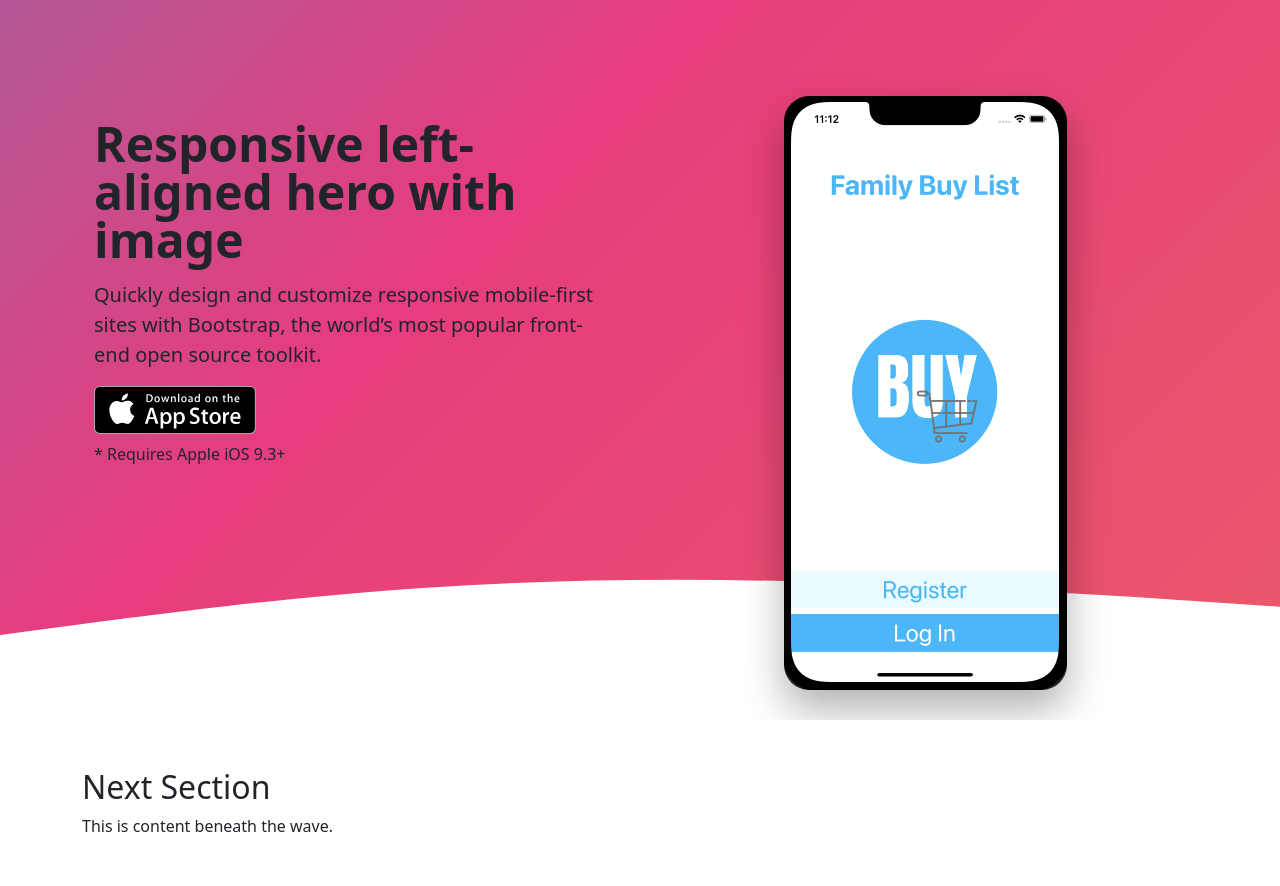
Repository: lyutok/iOS
Page: Billequal_landpage/index.html
An editor plug-in stored every save of this project. The page is shown before and after the next save, followed by the edit.
The browser window is 1280 px wide. The pictures show the whole page.

Above is the page before, as saved 2025-10-16 15:24:53.

### Billequal_landpage/index.html
<!DOCTYPE html>
<html lang="en">
<head>
  <meta charset="UTF-8">
  <meta name="viewport" content="width=device-width, initial-scale=1.0">
  <title>Billequal</title>
  <link href="https://cdn.jsdelivr.net/npm/bootstrap@5.2.3/dist/css/bootstrap.min.css" rel="stylesheet" integrity="sha384-rbsA2VBKQhggwzxH7pPCaAqO46MgnOM80zW1RWuH61DGLwZJEdK2Kadq2F9CUG65" crossorigin="anonymous">
  <link rel="stylesheet" href="./css/style.css">
</head>
<body>
  <section id="main" class="gradient-background position-relative overflow-hidden">
  <div class="container col-xxl-8 px-4 py-5 position-relative" style="z-index: 2;">
    <div class="row flex-lg-row-reverse align-items-center g-5 py-5">
      <div class="col-10 col-sm-8 col-lg-6">
        <img src="./images/BuyList2.png"
             class="d-block mx-lg-auto img-fluid hero-image"
             alt="billequal screenshot"
             height="200"
             loading="lazy">
      </div>
      <div class="col-lg-6">
        <h1 class="display-5 fw-bold lh-1 mb-3">
          Responsive left-aligned hero with image
        </h1>
        <p class="lead">
          Quickly design and customize responsive mobile-first sites with Bootstrap, the world’s most popular front-end open source toolkit.
        </p>
        <div class="mb-5 mb-lg-0">
          <a class="me-3" href="#!">
            <img src="./images/app-store-badge.svg" style="height: 3rem">
          </a>
          <div class="page-header-ui-text mt-2 text-xs font-italic">
            * Requires Apple iOS 9.3+
          </div>
        </div>
      </div>
    </div>
  </div>

  <!-- 🌊 Wave divider -->
  <div class="wave-divider position-absolute bottom-0 start-0 w-100" style="z-index: 1;">
    <svg viewBox="0 0 1440 320" xmlns="http://www.w3.org/2000/svg">
      <path fill="#ffffff" fill-opacity="1"
        d="M0,224L80,213.3C160,203,320,181,480,170.7C640,160,800,160,960,165.3C1120,171,1280,181,1360,186.7L1440,192L1440,320L1360,320C1280,320,1120,320,960,320C800,320,640,320,480,320C320,320,160,320,80,320L0,320Z">
      </path>
    </svg>
  </div>
</section>

<section class="container my-5">
  <h2>Next Section</h2>
  <p>This is content beneath the wave.</p>
</section>


</body>
</html>

### Billequal_landpage/css/style.css
.gradient-background {
	background: linear-gradient(-45deg, #ee7752, #e73c7e, #23a6d5, #23d5ab);
	background-size: 400% 400%;
	animation: gradient 15s ease infinite;
	height: 100vh;
}

@keyframes gradient {
	0% {
		background-position: 0% 50%;
	}
	50% {
		background-position: 100% 50%;
	}
	100% {
		background-position: 0% 50%;
	}
}

/* Keep SVG under the content */
.wave-divider svg {
  display: block;
  width: 100%;
  height: auto;
}

/* Float the hero image slightly above the wave */
.hero-image {
  position: relative;
  z-index: 3; /* 👈 This ensures it stays above the SVG */
  margin-bottom: -200px; /* Moves it down toward the wave visually */
  box-shadow: 0 20px 40px rgba(0, 0, 0, 0.3);
  border-radius: 25px;
}
.wave-divider svg {
  display: block;
  width: 100%;
  height: auto;
}

After the next save:
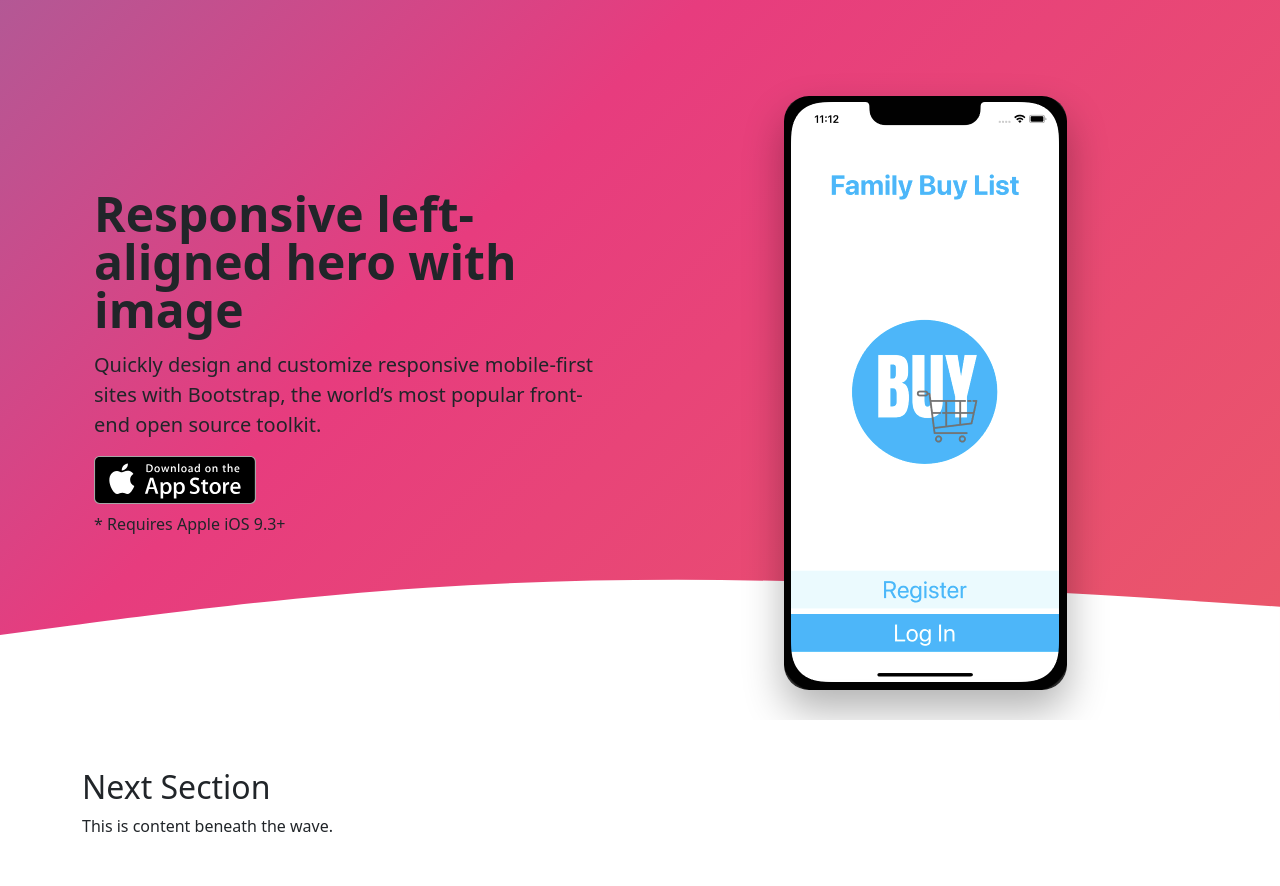
Saved 8 s later.
--- a/Billequal_landpage/css/style.css
+++ b/Billequal_landpage/css/style.css
@@ -28,7 +28,7 @@
 .hero-image {
   position: relative;
   z-index: 3; /* 👈 This ensures it stays above the SVG */
-  margin-bottom: -200px; /* Moves it down toward the wave visually */
+  margin-bottom: -60px; /* Moves it down toward the wave visually */
   box-shadow: 0 20px 40px rgba(0, 0, 0, 0.3);
   border-radius: 25px;
 }
